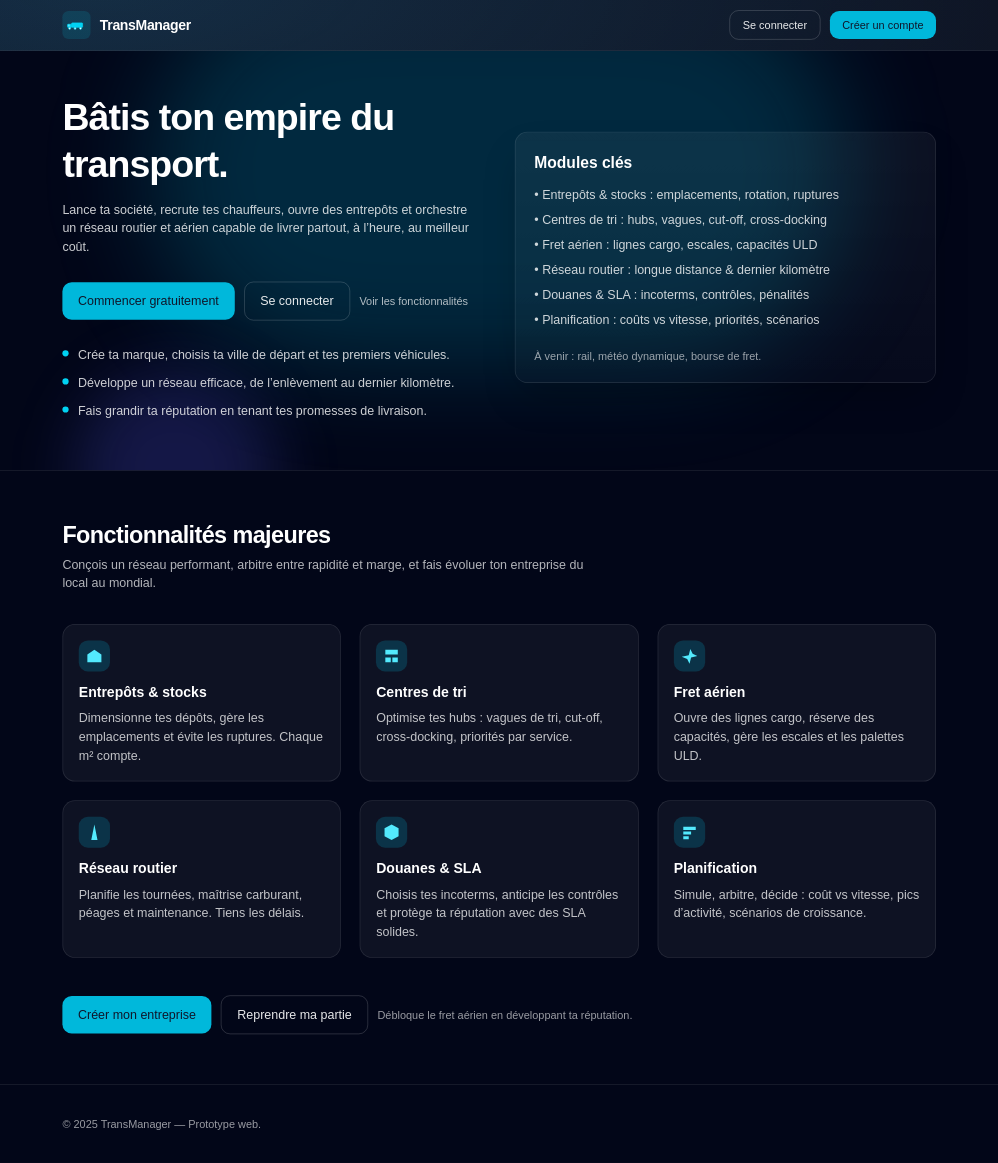
Repository: mathys65/transmanager
Page: /
The author's editor kept a copy of each file at every save. The page is drawn from the files as they stood at one save, then again after the next save.
The browser window is 1280 px wide. The pictures show the whole page, at 78% of full size.
The project was rebuilt for these pictures with package versions that can differ from the ones it lists, and the page was loaded fresh each time. The framework's server and built-in components were replaced by stand-ins that run in the browser. Also part of the build but not shown: next.config.ts.

Above is the page before, as saved 2025-09-14 15:16:19.

After the next save:
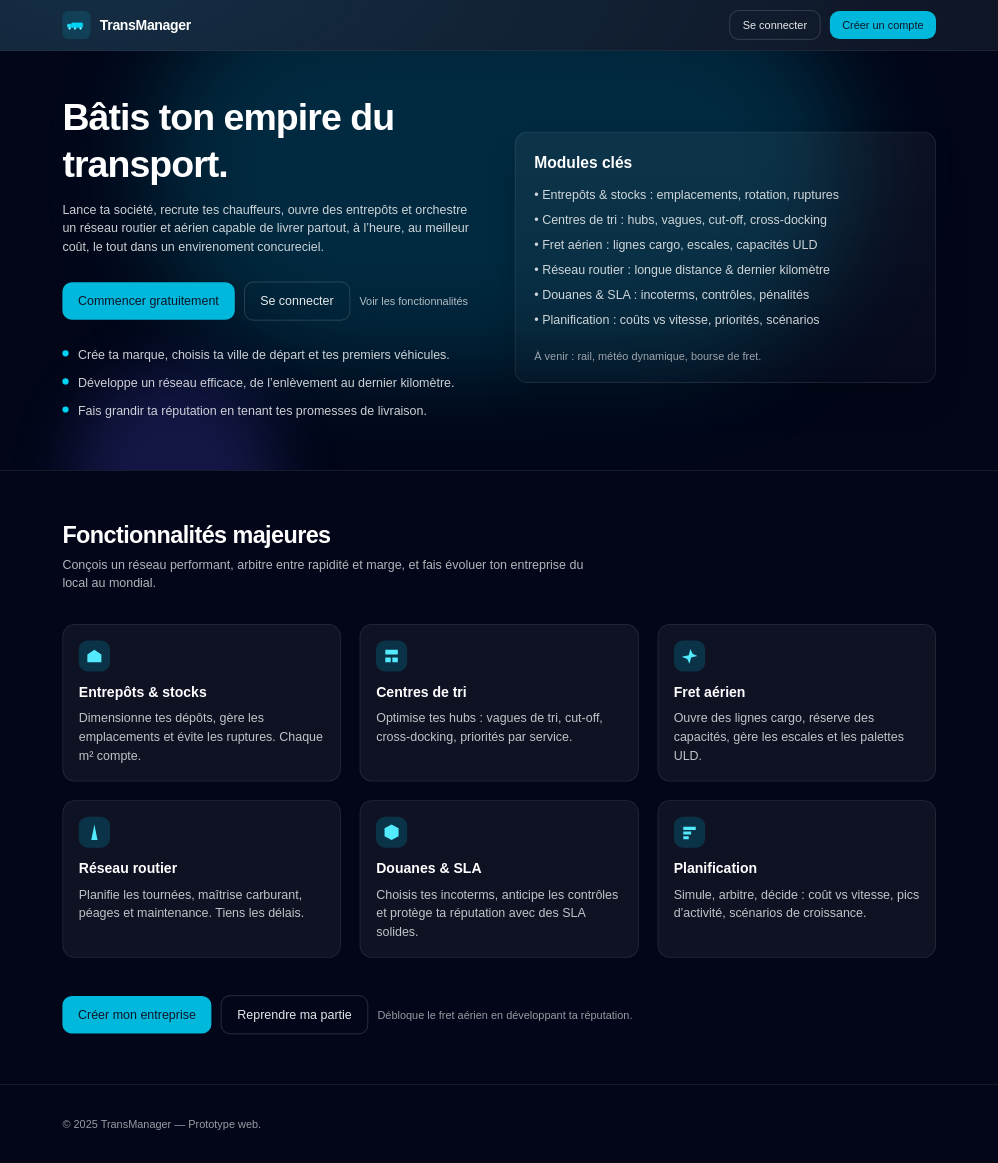
Saved 61 s later.
--- a/src/app/page.tsx
+++ b/src/app/page.tsx
@@ -21,7 +21,7 @@ export default function HomePage() {
               </h1>
               <p className="mt-4 text-white/80">
                 Lance ta société, recrute tes chauffeurs, ouvre des entrepôts et orchestre un réseau
-                routier et aérien capable de livrer partout, à l’heure, au meilleur coût.
+                routier et aérien capable de livrer partout, à l’heure, au meilleur coût, le tout dans un envirenoment concureciel.
               </p>
 
               <div className="mt-8 flex flex-wrap items-center gap-3">
